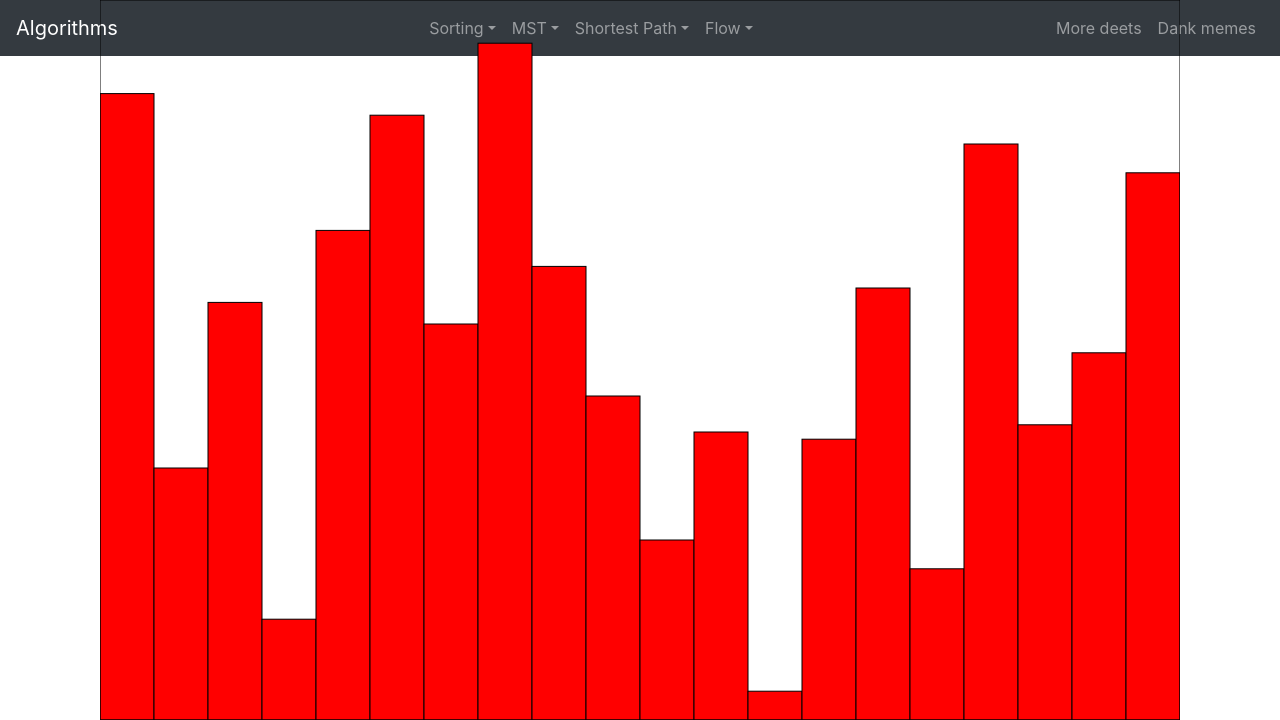
Repository: dkasima1/Algorithm-Visualizations
Page: /
The author's editor kept a copy of each file at every save. The page is drawn from the files as they stood at one save, then again after the next save.
The browser window is 1280 px wide. The pictures show the whole page.
The project was rebuilt for these pictures with package versions that can differ from the ones it lists, and the page was loaded fresh each time. Also part of the build but not shown: src/components/Sorting/Bubble_Sort.js.

Above is the page before, as saved 2020-06-29 23:47:48.

### src/App.js
import React from 'react';
import { BrowserRouter as Router, Route, Switch } from 'react-router-dom';
import NavigationBar from './components/NavigationBar'
import 'bootstrap/dist/css/bootstrap.min.css';
import Bubble_Sort from "./components/Sorting/Bubble_Sort"
import BarGraph from "./components/Graph/BarGraph"

function App() {
  return (
    <React.Fragment>
      <Router>
        <NavigationBar />
        <BarGraph />
        <Switch>
          <Route path="/Sorting/Bubble_Sort" component={ Bubble_Sort } />
        </Switch>
      </Router>
    </React.Fragment>
  );
}

export default App;

### src/components/NavigationBar.js
import React from 'react';
import { Navbar, Nav, NavDropdown} from 'react-bootstrap';
import { Link } from 'react-router-dom'

function NavigationBar() {
    return (
        <div>
            <Navbar collapseOnSelect expand="lg" bg="dark" variant="dark">
                <Navbar.Brand href="#home">Algorithms</Navbar.Brand>
                <Navbar.Toggle aria-controls="responsive-navbar-nav" />
                <Navbar.Collapse id="responsive-navbar-nav">
                    <Nav className="m-auto">
                    <NavDropdown title="Sorting" id="collasible-nav-dropdown">
                        <NavDropdown.Item as={Link} to="/Sorting/Bubble_Sort">Bubble Sort</NavDropdown.Item>
                        <NavDropdown.Item  as={Link} to="/Sorting/Selection_Sort">Selection Sort</NavDropdown.Item>
                        <NavDropdown.Item  as={Link} to="/Sorting/Insertion_Sort">Insertion Sort</NavDropdown.Item>
                        <NavDropdown.Divider />
                        <NavDropdown.Item  as={Link} to="/Sorting/Merge_Sort">Merge Sort</NavDropdown.Item>
                        <NavDropdown.Item  as={Link} to="/Quick_Sort">Quick Sort</NavDropdown.Item>
                    </NavDropdown>
                    <NavDropdown title="MST" id="collasible-nav-dropdown">
                        <NavDropdown.Item  as={Link} to="/MST/Prims">Prim's Algorithm</NavDropdown.Item>
                        <NavDropdown.Item  as={Link} to="/MST/Kruskals">Kruskal's Algorithm</NavDropdown.Item>
                    </NavDropdown>
                    <NavDropdown title="Shortest Path" id="collasible-nav-dropdown">
                        <NavDropdown.Item  as={Link} to="/Shortest_Path/Dijkstra's">Dijkstra's</NavDropdown.Item>
                    </NavDropdown>
                    <NavDropdown title="Flow" id="collasible-nav-dropdown">
                        <NavDropdown.Item  as={Link} to="/Flow/Ford_Fulkurson">Ford Fulkurson</NavDropdown.Item>
                    </NavDropdown>
                    </Nav>
                    <Nav>
                    <Nav.Link href="#deets">More deets</Nav.Link>
                    <Nav.Link eventKey={2} href="#memes">
                        Dank memes
                    </Nav.Link>
                    </Nav>
                </Navbar.Collapse>
            </Navbar>
        </div>
    )
}

export default NavigationBar;

### src/components/Graph/BarGraph.js
import React from "react";
import './BarGraph.css';

// https://philna.sh/blog/2018/09/27/techniques-for-animating-on-the-canvas-in-react/#:~:text=To%20get%20a%20ref%20to,to%20the%20ref%20you%20created.&text=Now%20you%20have%20the%20context,and%20animate%20all%20you%20like.

class Canvas extends React.Component {

    constructor(props) {
        super(props);
        this.canvasRef = React.createRef();
    }

    componentDidMount() {

        // Generate an array of random numbers.
        let arr = []
        while (arr.length < 20) {
            var num = Math.floor(Math.random() * 100 + 1);
            if (arr.indexOf(num) === -1) {
                arr.push(num)
            }
        }

        // Generate bars of bargraph
        const canvas = this.canvasRef.current;
        let ctx = canvas.getContext("2d");

        let width = 54;
        let posX = 0;

        ctx.fillStyle = "red";
        ctx.strokeStyle ="black"

        for (let i = 0; i < arr.length; i++) {
            let height = arr[i] * (canvas.height/100);
            ctx.fillRect(posX, canvas.height - height, width, height);
            ctx.strokeRect(posX, canvas.height - height, width, height);
            posX += 54;
        }

        // Outline Canvas
        ctx.beginPath();
        ctx.rect(0, 0, canvas.width, canvas.height);
        ctx.stroke();
    }
    render() {
        return (
            <div>
                <canvas ref={this.canvasRef} height="720" width="1080" />
            </div>
        )
    }

    // draw() {

    // }
}

export default Canvas;

### src/components/Graph/BarGraph.css
canvas {
    padding: 0;
    margin: auto;
    display: block;
    position: absolute;
    top: 0;
    bottom: 0;
    left: 0;
    right: 0;
}

Loaded but not shown: public/index.html (common file); src/index.js (common file); src/index.css (common file); src/serviceWorker.js (common file)

After the next save:
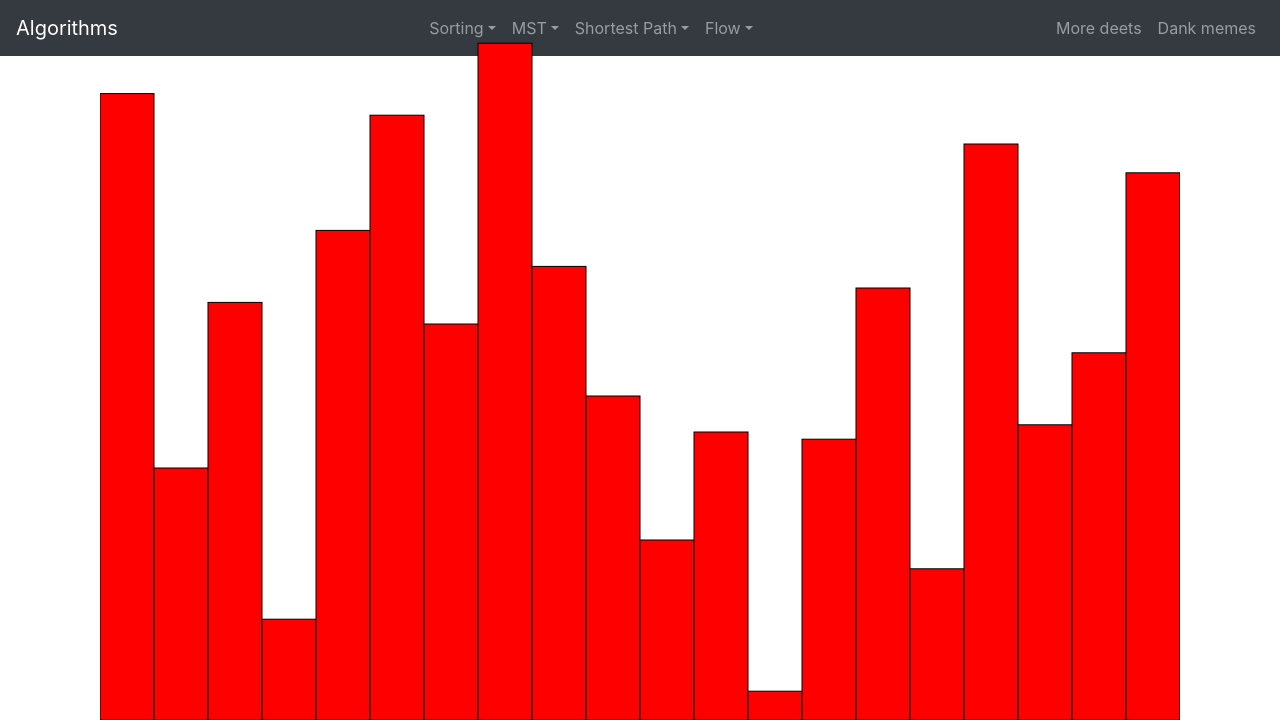
Saved 12 s later.
--- a/src/components/Graph/BarGraph.js
+++ b/src/components/Graph/BarGraph.js
@@ -37,11 +37,6 @@ class Canvas extends React.Component {
             ctx.strokeRect(posX, canvas.height - height, width, height);
             posX += 54;
         }
-
-        // Outline Canvas
-        ctx.beginPath();
-        ctx.rect(0, 0, canvas.width, canvas.height);
-        ctx.stroke();
     }
     render() {
         return (
